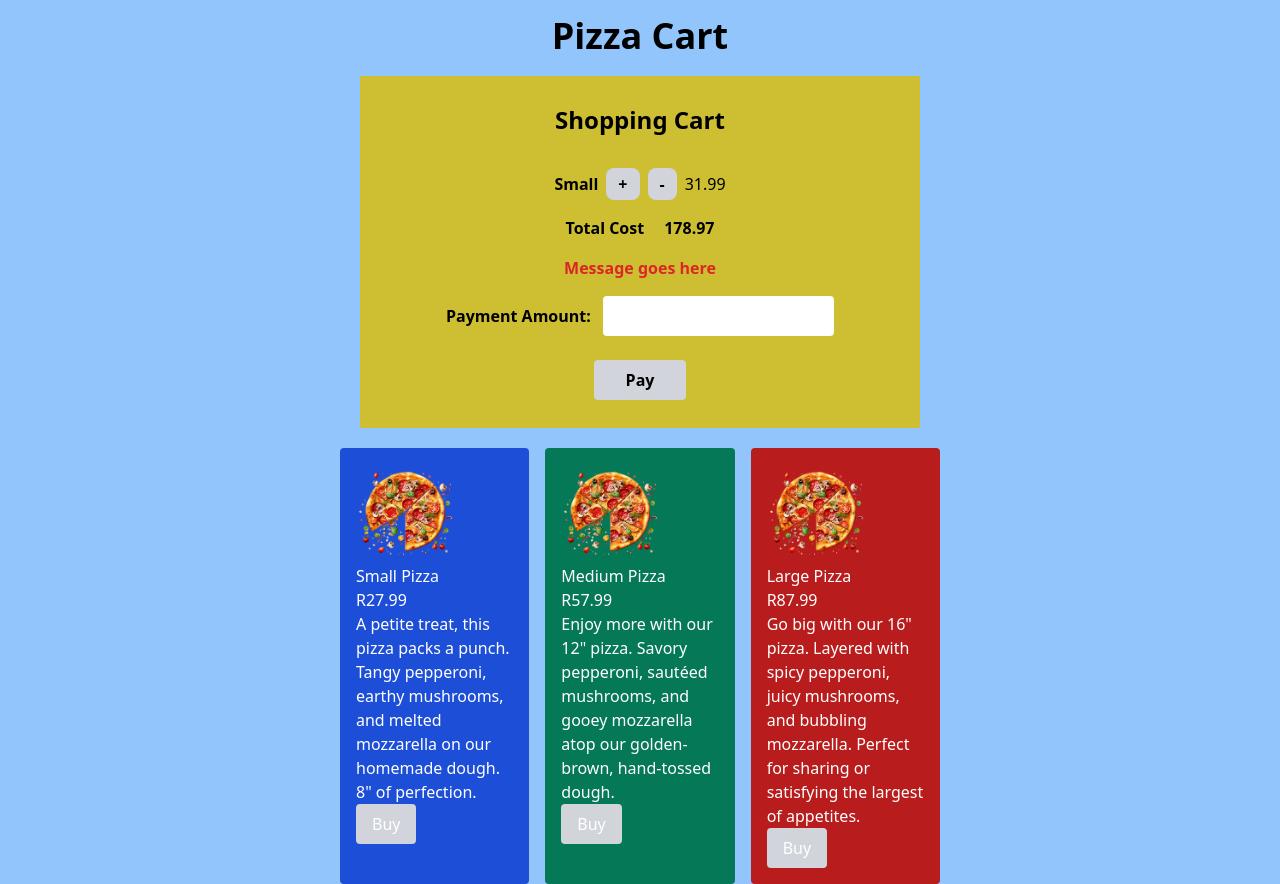
Repository: lasity34/pizza_cart
Page: index.html
An editor plug-in stored every save of this project. The page is shown before and after the next save, followed by the edit.
The browser window is 1280 px wide. The pictures show the whole page.
Some web libraries are served in a nearby version.

Above is the page before, as saved 2023-07-11 09:33:06.

After the next save:
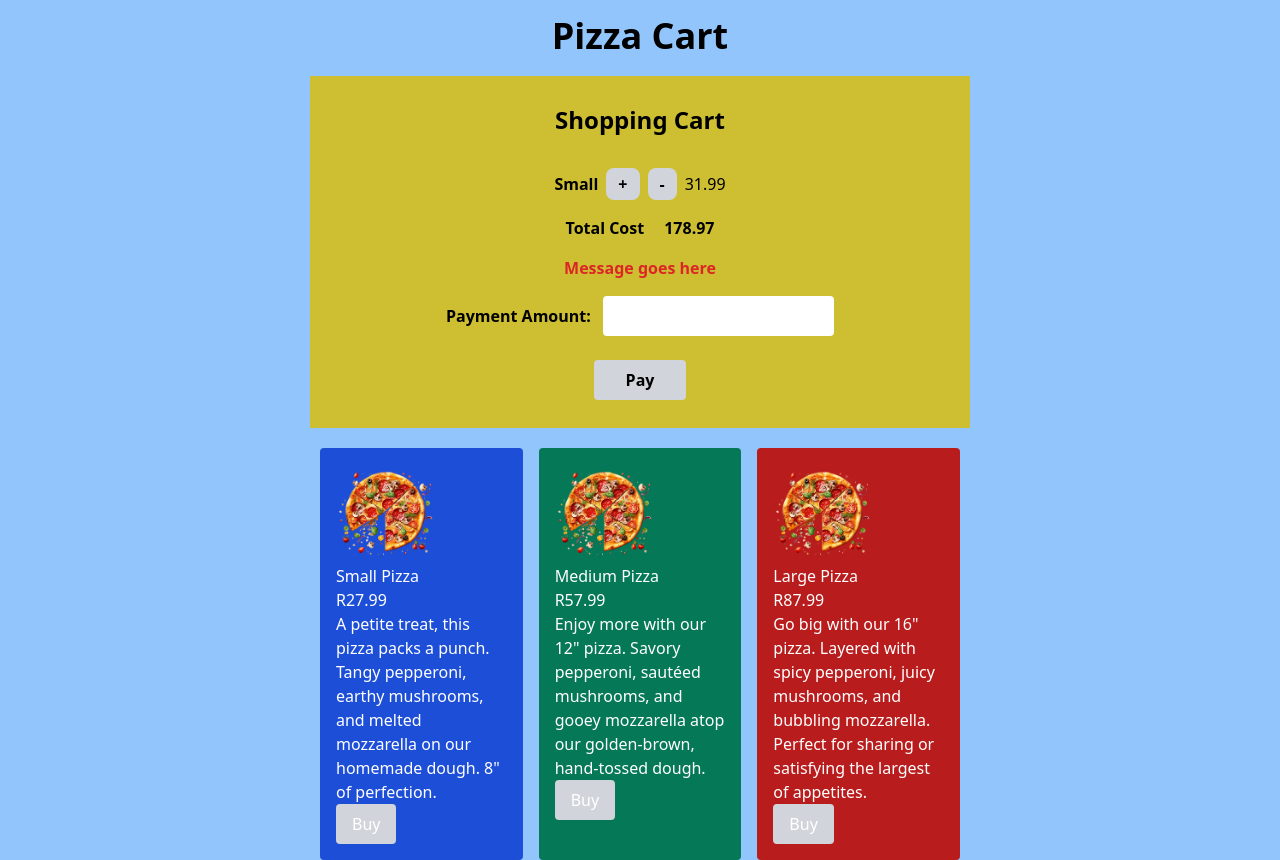
Saved 5 min 37 s later.
--- a/style.css
+++ b/style.css
@@ -1,6 +1,6 @@
 
 body {
-    max-width: 600px;
+    max-width: 700px;
     margin: 0 auto;
 }
 
